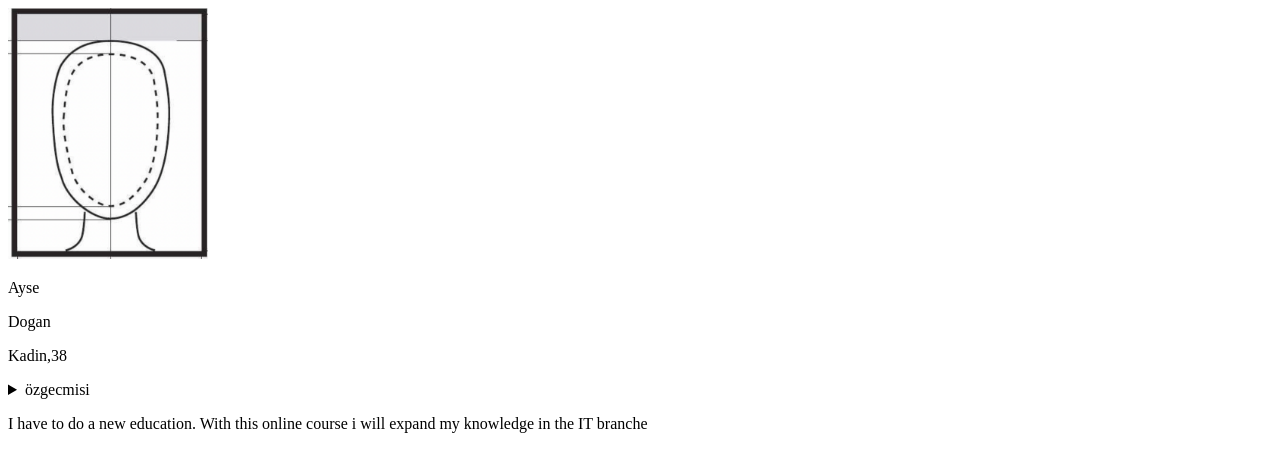
Repository: aysedo/html
Page: Week_2/profile/index.html
These files come from the project's save history. The page is drawn as it stood at one moment and after the next save; the edit follows.
The browser window is 1280 px wide. The pictures show the whole page.

Above is the page before, as saved 2021-08-25 22:56:12.

After the next save:
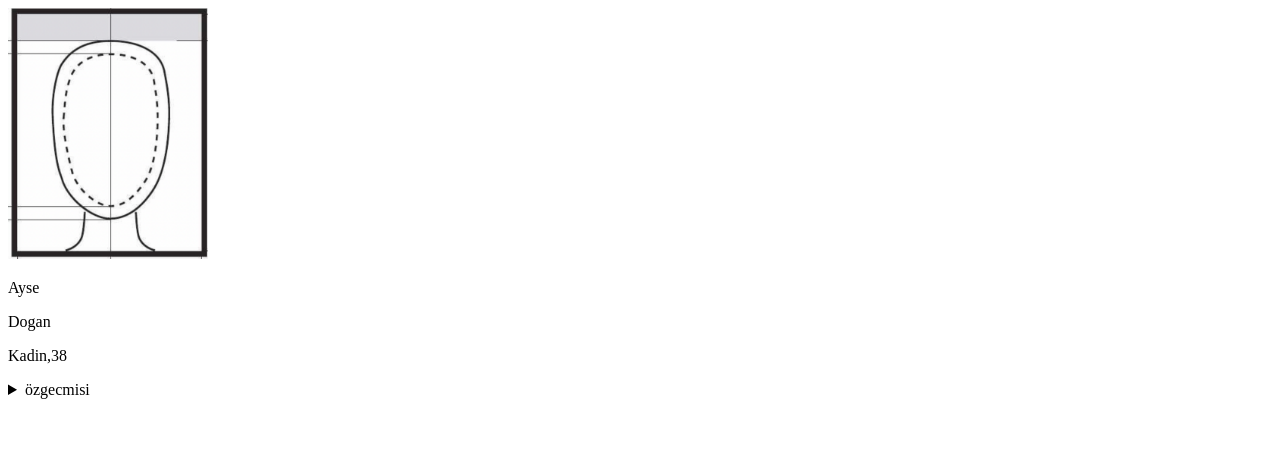
Saved 109 s later.
--- a/Week_2/profile/index.html
+++ b/Week_2/profile/index.html
@@ -13,11 +13,11 @@
           <p> Kadin,38 </p>
           <details>
             <summary>özgecmisi</summary>
-            <p></p>
+            <pre> I will
+            </pre>
 
 
           </details>
-          <p>I have to do a new education. With this online course i will expand my knowledge in the IT branche</p>
 
           <address> </address>
         </tr>
